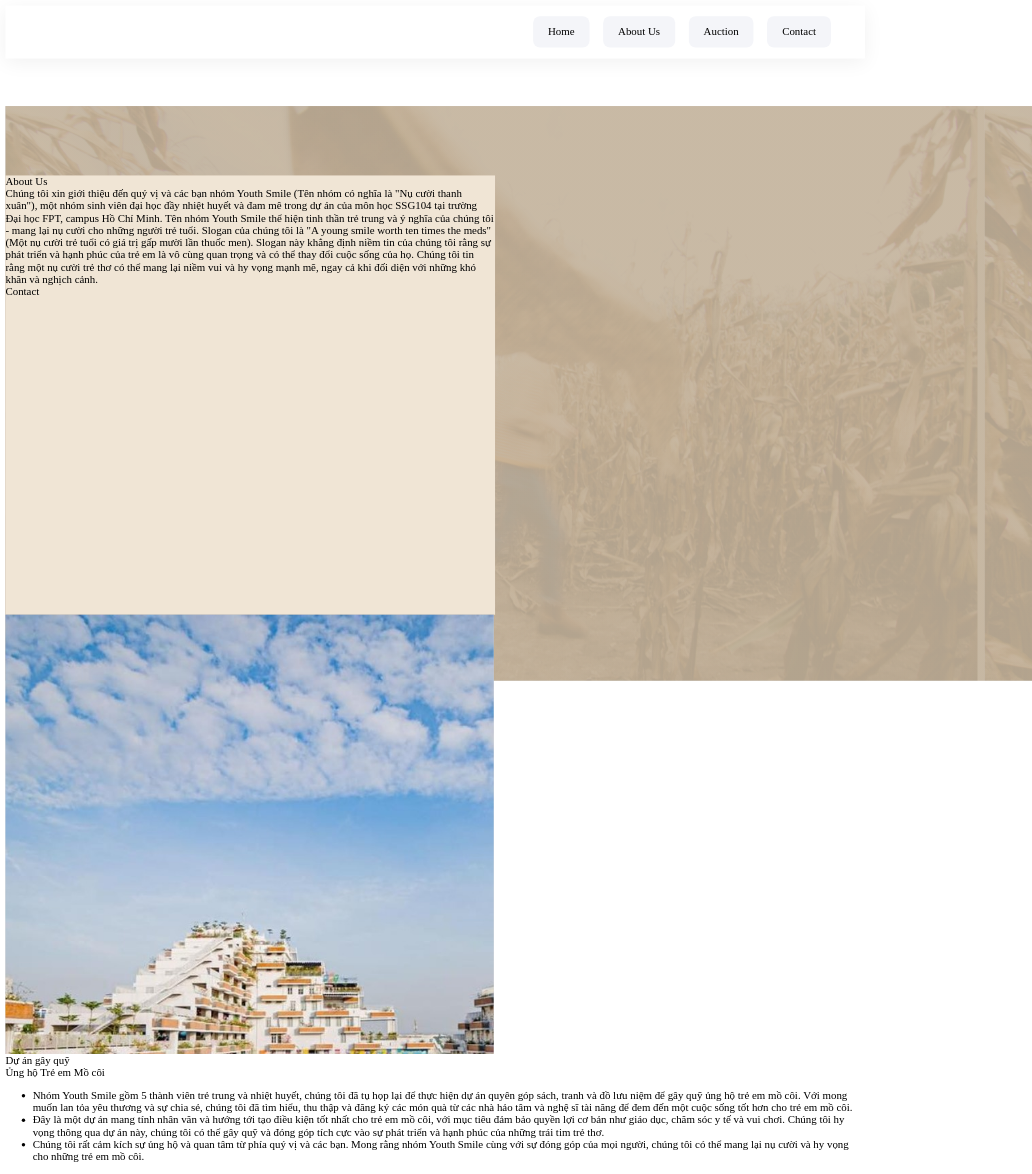
Repository: anatole24/Youth-Smile
Page: about.html
An editor plug-in stored every save of this project. The page is shown before and after the next save, followed by the edit.
The browser window is 1280 px wide. The page is 1518 px wide, so the pictures cover 1518 px, including what lies to the right of the window. The pictures show the whole page, at 68% of full size.
Some web fonts or font styles are not loaded; a fallback is used.

Above is the page before, as saved 2023-06-29 14:23:40.

### about.html
<!DOCTYPE html>
<head>
  <meta charset="UTF-8">
  <meta http-equiv="X-UA-Compatible" content="IE=edge">
  <meta name="viewport" content="width=device-width, initial-scale=1.0">
  <link rel="stylesheet" href="https://cdnjs.cloudflare.com/ajax/libs/font-awesome/6.4.0/css/all.min.css" integrity="sha512-iecdLmaskl7CVkqkXNQ/ZH/XLlvWZOJyj7Yy7tcenmpD1ypASozpmT/E0iPtmFIB46ZmdtAc9eNBvH0H/ZpiBw==" crossorigin="anonymous" referrerpolicy="no-referrer">
  <link rel="preconnect" href="https://fonts.googleapis.com">
  <link rel="preconnect" href="https://fonts.gstatic.com" crossorigin="">
  <link href="https://fonts.googleapis.com/css2?family=Dancing+Script&amp;family=Geologica&amp;family=Kaushan+Script&amp;family=Lobster&amp;family=Marck+Script&amp;family=Merienda&amp;family=Patrick+Hand&amp;family=Patrick+Hand+SC&amp;family=Playball&amp;family=Roboto&amp;family=Roboto+Condensed&amp;display=swap" rel="stylesheet">
  <link rel="stylesheet" href="header.css">
  <link rel="stylesheet" href="about.css">
  <title>About Us</title>
  <body>
    <div class="header">
      <div class="header_container">
        <div class="header_list"><a class="header_item" href="./index.html">Home</a><a class="header_item" href="./about.html">About Us</a><a class="header_item" href="./auction.html">Auction</a><a class="header_item" href="./contact.html">Contact</a></div>
      </div>
    </div>
    <section class="about">
      <div class="about-top">
        <div class="top-img"></div>
        <div class="top-left">
          <div class="left-title">About Us</div>
          <div class="left-content">Chúng tôi xin giới thiệu đến quý vị và các bạn nhóm Youth Smile (Tên nhóm có nghĩa là "Nụ cười thanh xuân"), một nhóm sinh viên đại học đầy nhiệt huyết và đam mê trong dự án của môn học SSG104 tại trường Đại học FPT, campus Hồ Chí Minh. Tên nhóm Youth Smile thể hiện tinh thần trẻ trung và ý nghĩa của chúng tôi - mang lại nụ cười cho những người trẻ tuổi. Slogan của chúng tôi là "A young smile worth ten times the meds" (Một nụ cười trẻ tuổi có giá trị gấp mười lần thuốc men). Slogan này khẳng định niềm tin của chúng tôi rằng sự phát triển và hạnh phúc của trẻ em là vô cùng quan trọng và có thể thay đổi cuộc sống của họ. Chúng tôi tin rằng một nụ cười trẻ thơ có thể mang lại niềm vui và hy vọng mạnh mẽ, ngay cả khi đối diện với những khó khăn và nghịch cảnh.</div><a class="left-button" href="./contact.html">Contact</a>
        </div>
        <div class="top-right"></div>
        <div class="top-image"></div>
      </div>
      <div class="about-center">
        <div class="center-img"></div>
        <div class="center-left"> </div>
        <div class="center-right">
          <div class="right-title">Dự án gây quỹ </div>
          <div class="right-title2">Ủng hộ Trẻ em Mồ côi</div>
          <div class="right-content">
            <ul>
              <li>Nhóm Youth Smile gồm 5 thành viên trẻ trung và nhiệt huyết, chúng tôi đã tụ họp lại để thực hiện dự án quyên góp sách, tranh và đồ lưu niệm để gây quỹ ủng hộ trẻ em mồ côi. Với mong muốn lan tỏa yêu thương và sự chia sẻ, chúng tôi đã tìm hiểu, thu thập và đăng ký các món quà từ các nhà hảo tâm và nghệ sĩ tài năng để đem đến một cuộc sống tốt hơn cho trẻ em mồ côi.</li>
              <li>Đây là một dự án mang tính nhân văn và hướng tới tạo điều kiện tốt nhất cho trẻ em mồ côi, với mục tiêu đảm bảo quyền lợi cơ bản như giáo dục, chăm sóc y tế và vui chơi. Chúng tôi hy vọng thông qua dự án này, chúng tôi có thể gây quỹ và đóng góp tích cực vào sự phát triển và hạnh phúc của những trái tim trẻ thơ.</li>
              <li>Chúng tôi rất cảm kích sự ủng hộ và quan tâm từ phía quý vị và các bạn. Mong rằng nhóm Youth Smile cùng với sự đóng góp của mọi người, chúng tôi có thể mang lại nụ cười và hy vọng cho những trẻ em mồ côi.</li>
            </ul>
          </div>
        </div>
      </div>
    </section>
  </body>
</head>

### header.css
:root {
  --primary-color: #c08d18bb;
}
body {
  overflow-x: hidden;
}
a {
  text-decoration: none;
  color: inherit;
}
button {
  cursor: pointer;
  outline: none;
  font: inherit;
  background-color: transparent;
  border: none;
}

.header {
  background-color: white;
  padding: 16px 0;
  box-shadow: 0px 6px 30px 0px rgba(15, 15, 15, 0.06);
  margin-bottom: 70px;
}
.header_container {
  margin: 0 auto;
}
.header_list {
  margin-right: 50px;
  display: flex;
  align-items: center;
  justify-content: flex-end;
  gap: 20px;
  flex-direction: row;
  flex-wrap: nowrap;
}
.header_item {
  padding: 14px 22px;
  border-radius: 10px;
  background-color: #f4f5f9;
  display: block;
  transition: background-color 0.2s linear, color 0.25s ease-in;
}
.header_item:hover {
  background-color: #c08d18bb;
  color: white;
}

### about.css
:root {
  --primary-color: #77472d;
  --second-color: #f0e5d5;
}
.top-img {
  width: 1510px;
  height: 845px;
  flex-shrink: 0;
  background: linear-gradient(
      0deg,
      rgba(234, 232, 218, 0.01) 0%,
      rgba(234, 232, 218, 0.01) 100%
    ),
    url("./images/a-back.png"), lightgray 50% / cover no-repeat;
}
.top-left {
  width: 720px;
  height: 646px;
  margin-top: -743px;
  flex-shrink: 0;
  background: #f0e5d5;
}
.top-right {
  width: 718px;
  height: 646px;
  flex-shrink: 0;
  background: url("./images/fpt-campus.jpg"), lightgray 50% / cover no-repeat;
  object-fit: fill;
  object-position: bottom;
}

After the next save:
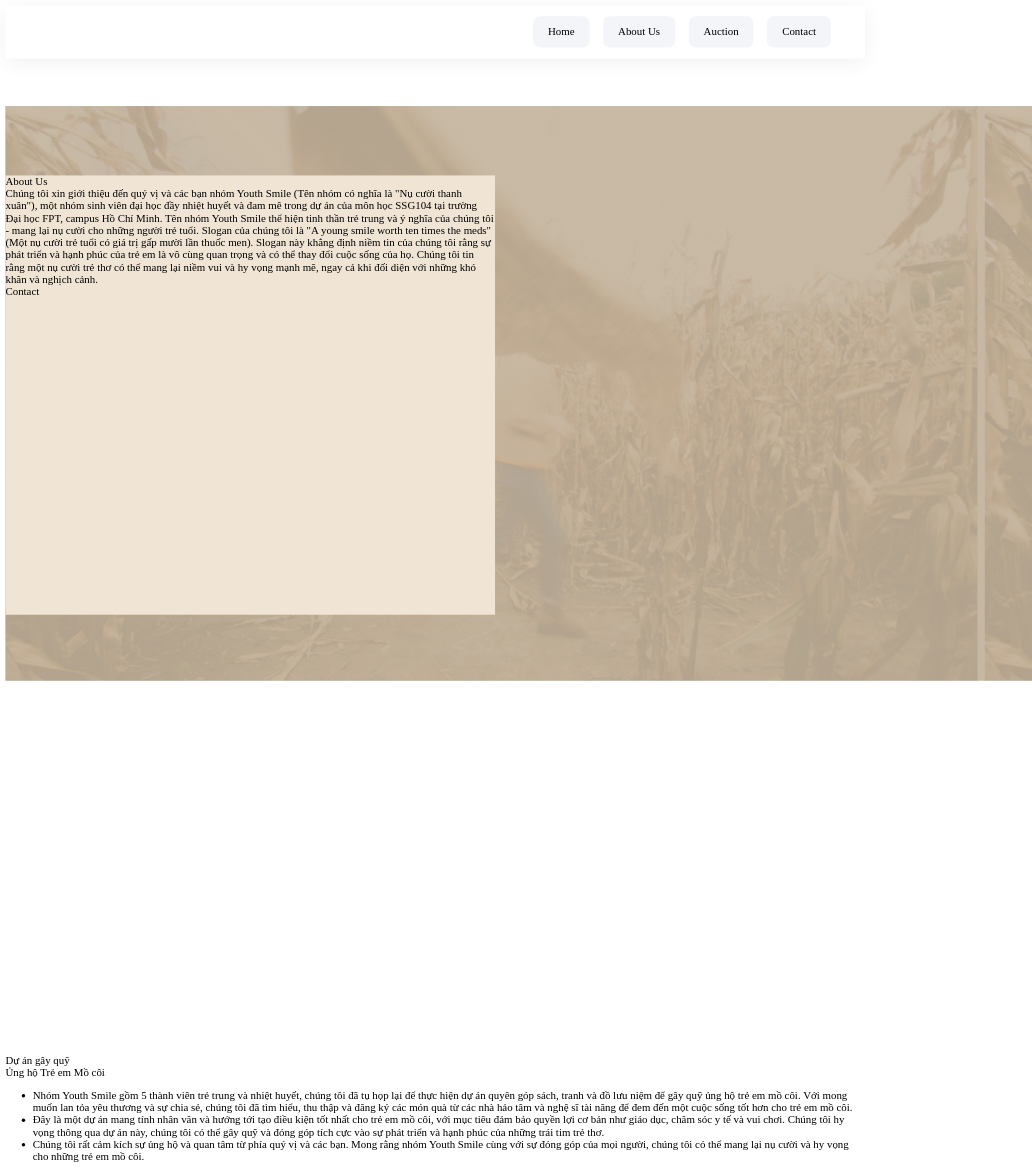
Saved 6 s later.
--- a/about.css
+++ b/about.css
@@ -24,7 +24,7 @@
   width: 718px;
   height: 646px;
   flex-shrink: 0;
-  background: url("./images/fpt-campus.jpg"), lightgray 50% / cover no-repeat;
+  background: url("./images/fpt-campus.jpg"), lightgray 50% / no-repeat;
   object-fit: fill;
   object-position: bottom;
 }

After the save that followed:
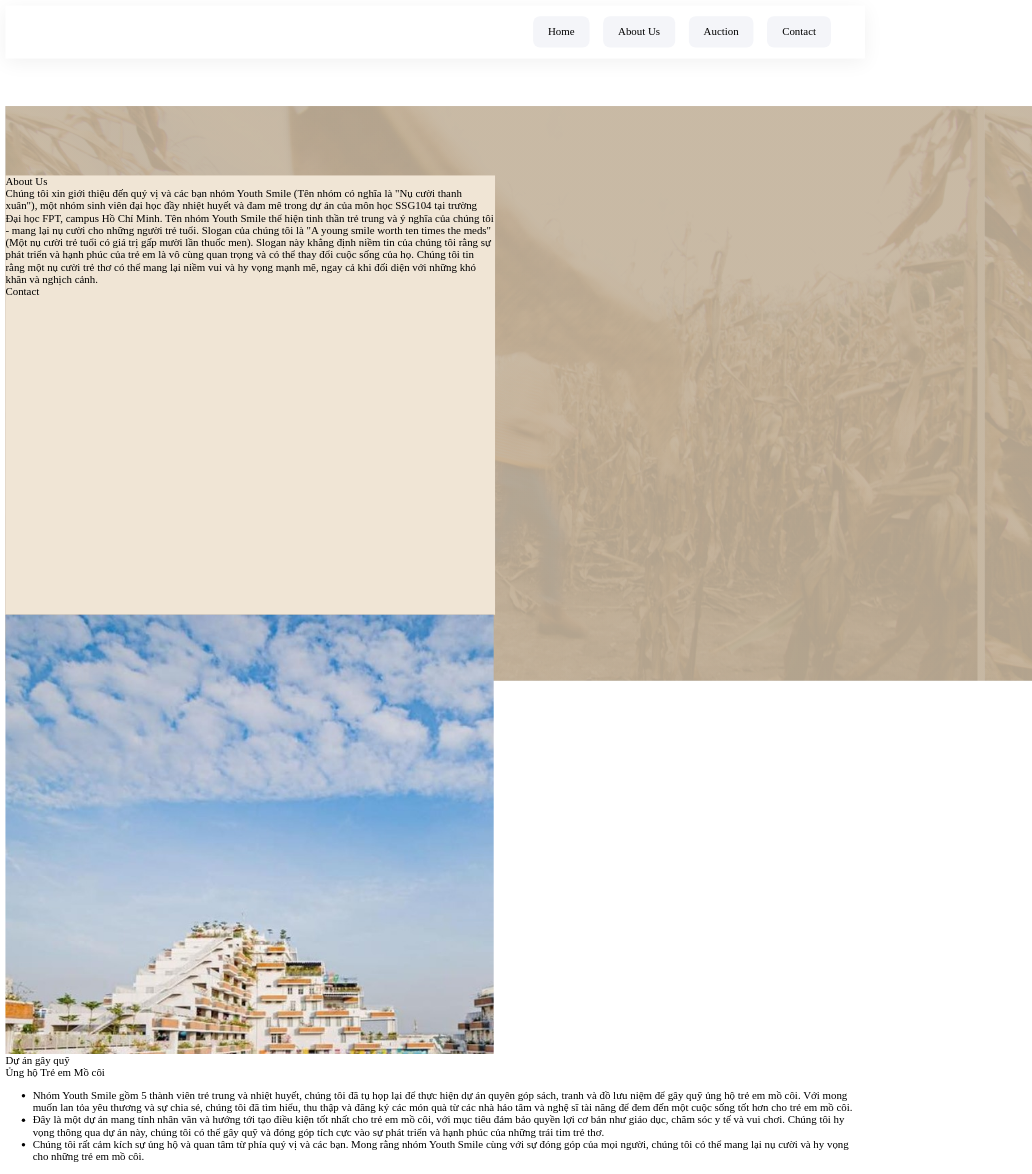
Saved 10 s later.
--- a/about.css
+++ b/about.css
@@ -24,7 +24,7 @@
   width: 718px;
   height: 646px;
   flex-shrink: 0;
-  background: url("./images/fpt-campus.jpg"), lightgray 50% / no-repeat;
+  background: url("./images/fpt-campus.jpg"), lightgray 50% / cover no-repeat;
   object-fit: fill;
   object-position: bottom;
 }
